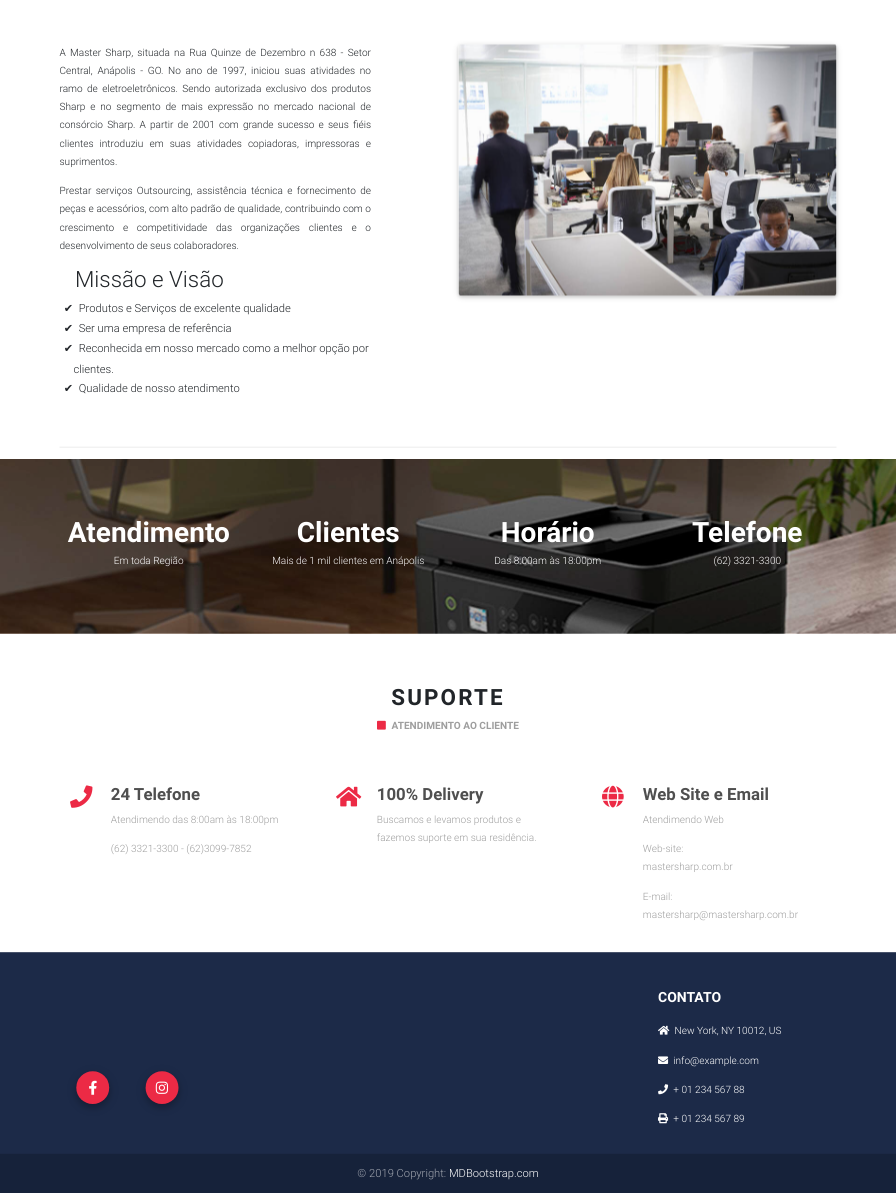
Repository: SalomaoMiguel/mastshap
Page: html/index.html
An editor plug-in stored every save of this project. The page is shown before and after a run of saves, followed by the edit.
The browser window is 1280 px wide. The pictures show the part of the page from y = 1485 to 3405 px (the page is 3190 px tall before and 3405 px after), at 70% of full size.
Some web libraries are served in a nearby version.

Above is the page before, as saved 2021-02-17 15:36:51.

After the next 3 saves:
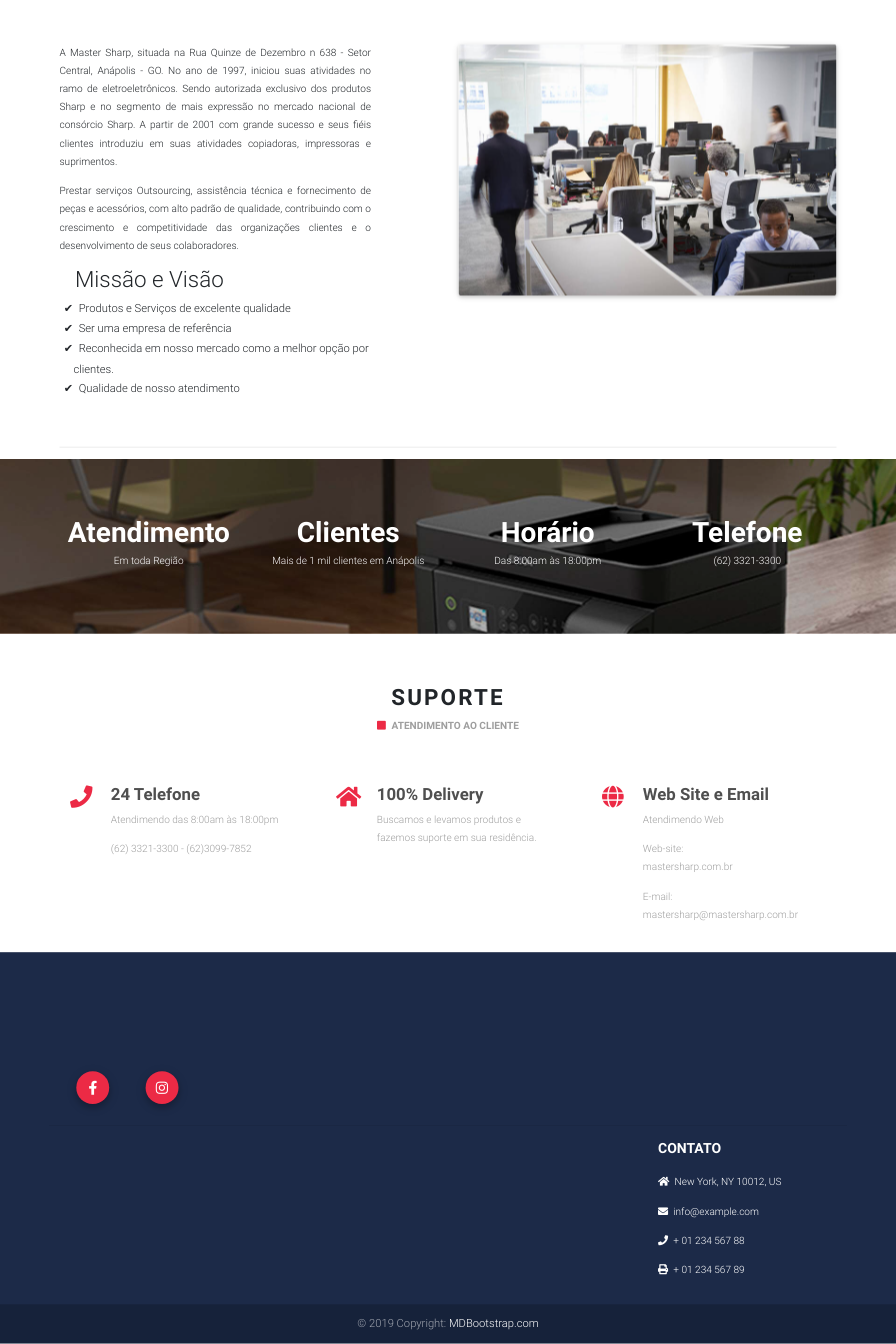
The 3 saves are shown as one change because they came seconds apart.
The last was saved 7 s later.
--- a/html/index.html
+++ b/html/index.html
@@ -402,7 +402,7 @@
         </div>
         <!--/First column-->
 
-        <hr class="w-100 clearfix d-md-none">
+        <hr class="w-100 clearfix ">
 
         <!--Second column-->
         <div class="col-lg-3 ml-lg-auto col-md-4 mt-1 mb-1 wow fadeIn" data-wow-delay="0.3s">

After the 3 saves that followed:
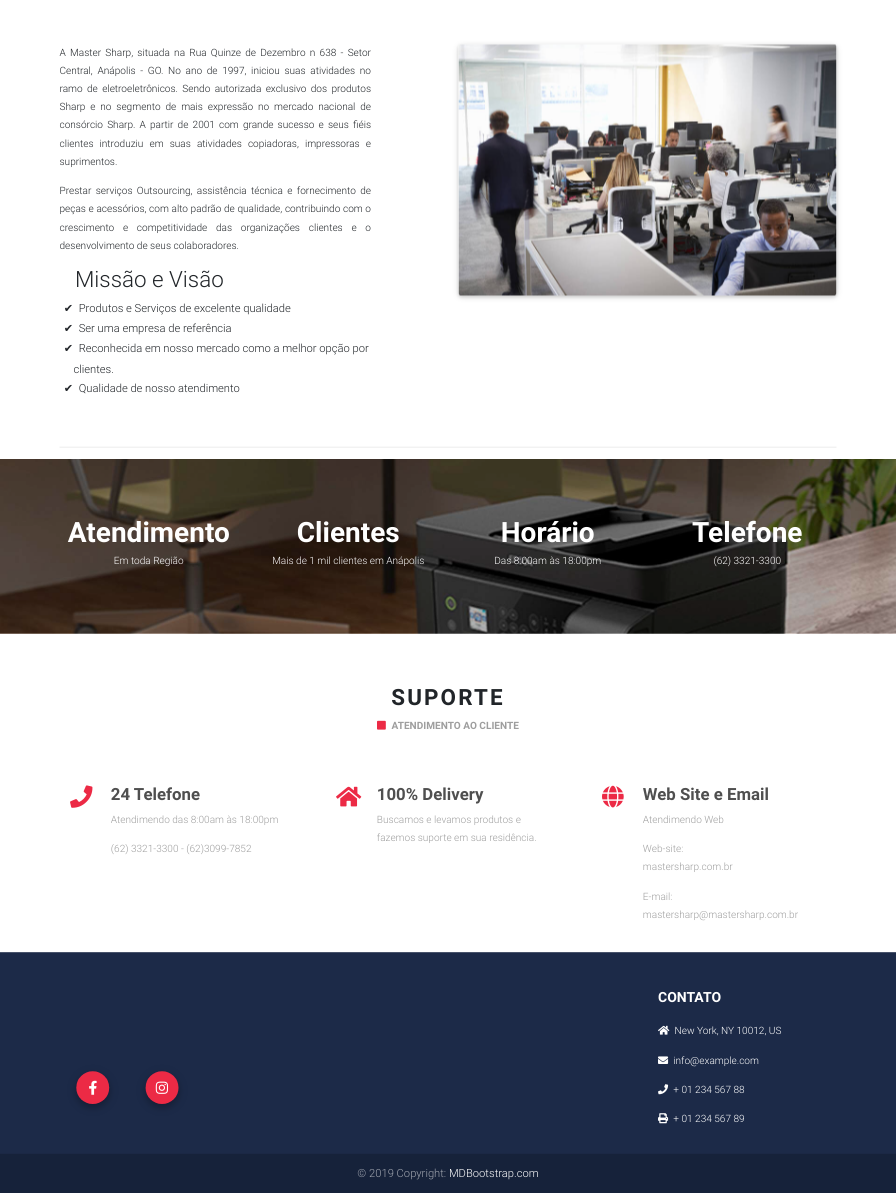
The 3 saves are shown as one change because they came seconds apart.
The last was saved 18 s later.
--- a/html/index.html
+++ b/html/index.html
@@ -402,7 +402,7 @@
         </div>
         <!--/First column-->
 
-        <hr class="w-100 clearfix ">
+        <hr class="w-100 clearfix d-md-none">
 
         <!--Second column-->
         <div class="col-lg-3 ml-lg-auto col-md-4 mt-1 mb-1 wow fadeIn" data-wow-delay="0.3s">
